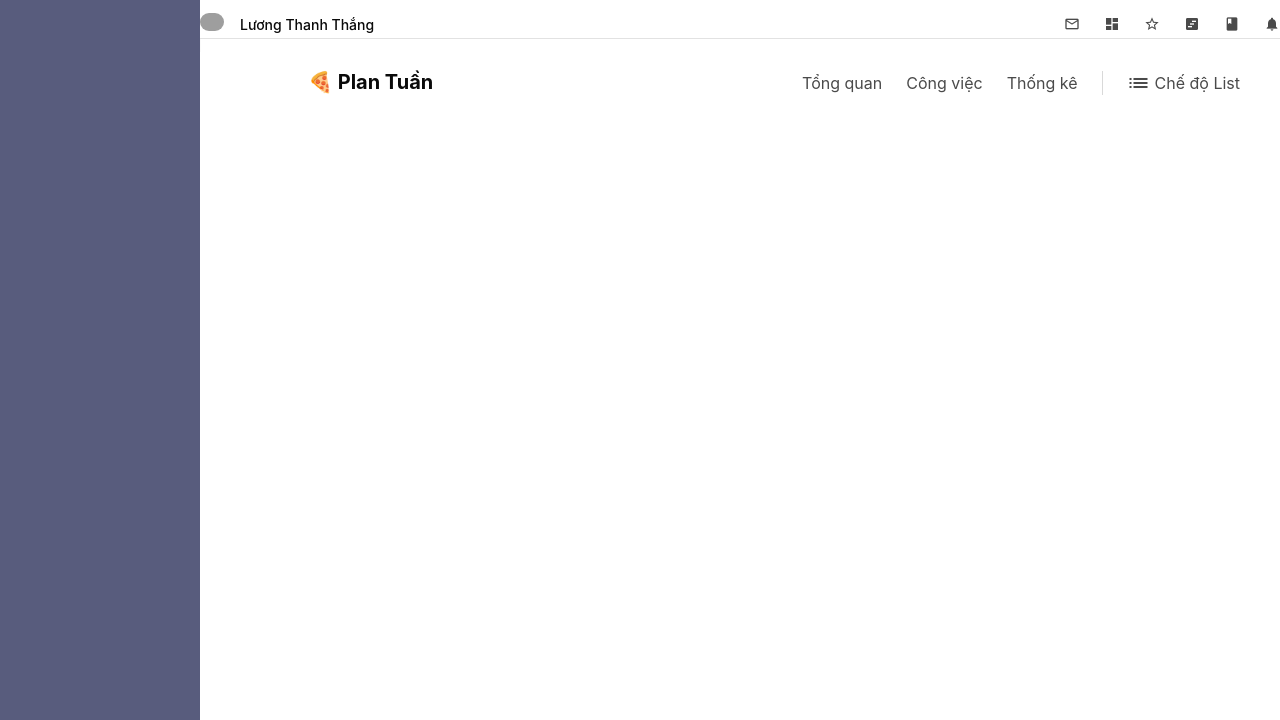
Repository: luongthanhthang/revision-front-end
Page: ke-hoach.html
These files come from the project's save history. The page is drawn as it stood at one moment and after the next save; the edit follows.
The browser window is 1280 px wide. The pictures show the whole page.
Pictures or frames that could not be fetched are drawn as grey boxes. Some web libraries are served in a nearby version.

Above is the page before, as saved 2023-02-11 11:13:27.

After the next save:
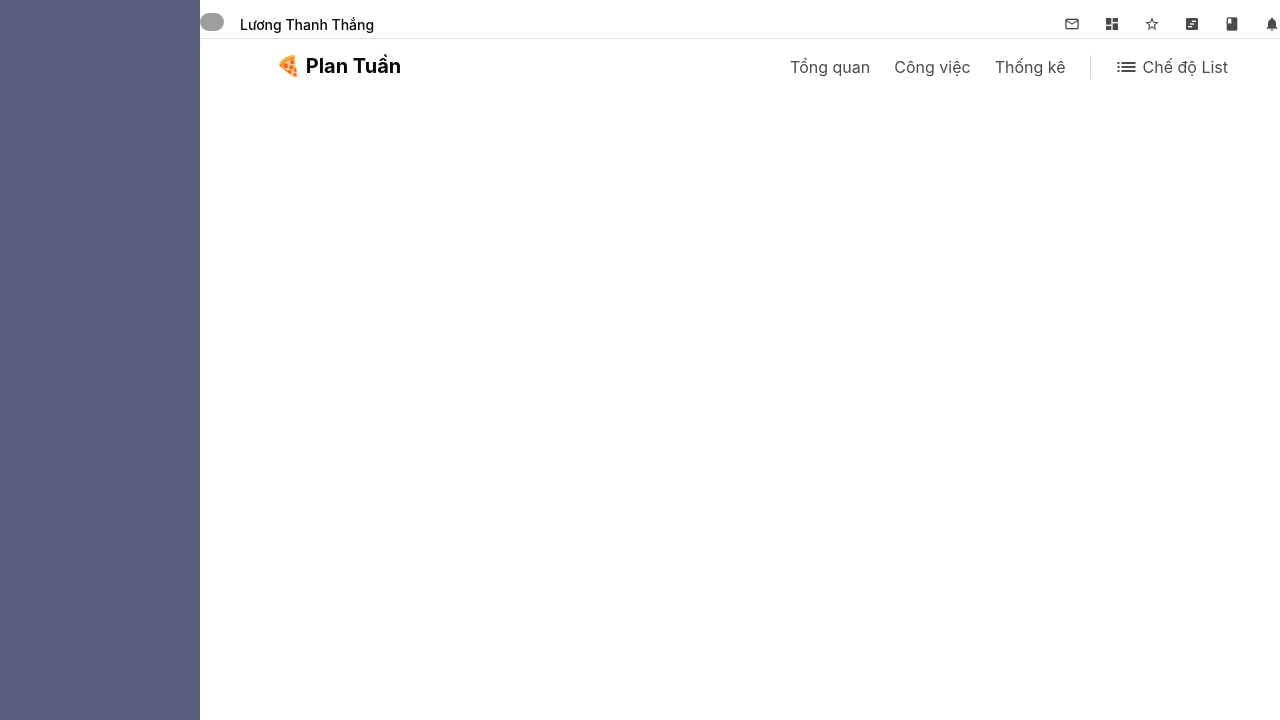
Saved 110 s later.
--- a/ke-hoach.html
+++ b/ke-hoach.html
@@ -86,7 +86,7 @@
           <div class="content column">
             <div class="content-right px-4 pb-0">
               <div class="title-content px-5 py-3">
-                <ul class="columns">
+                <ul class="columns m-0">
                   <li class="column">
                     <div class="has-text-weight-bold has-text-black is-size-5">🍕 Plan Tuần</div>
                   </li>
